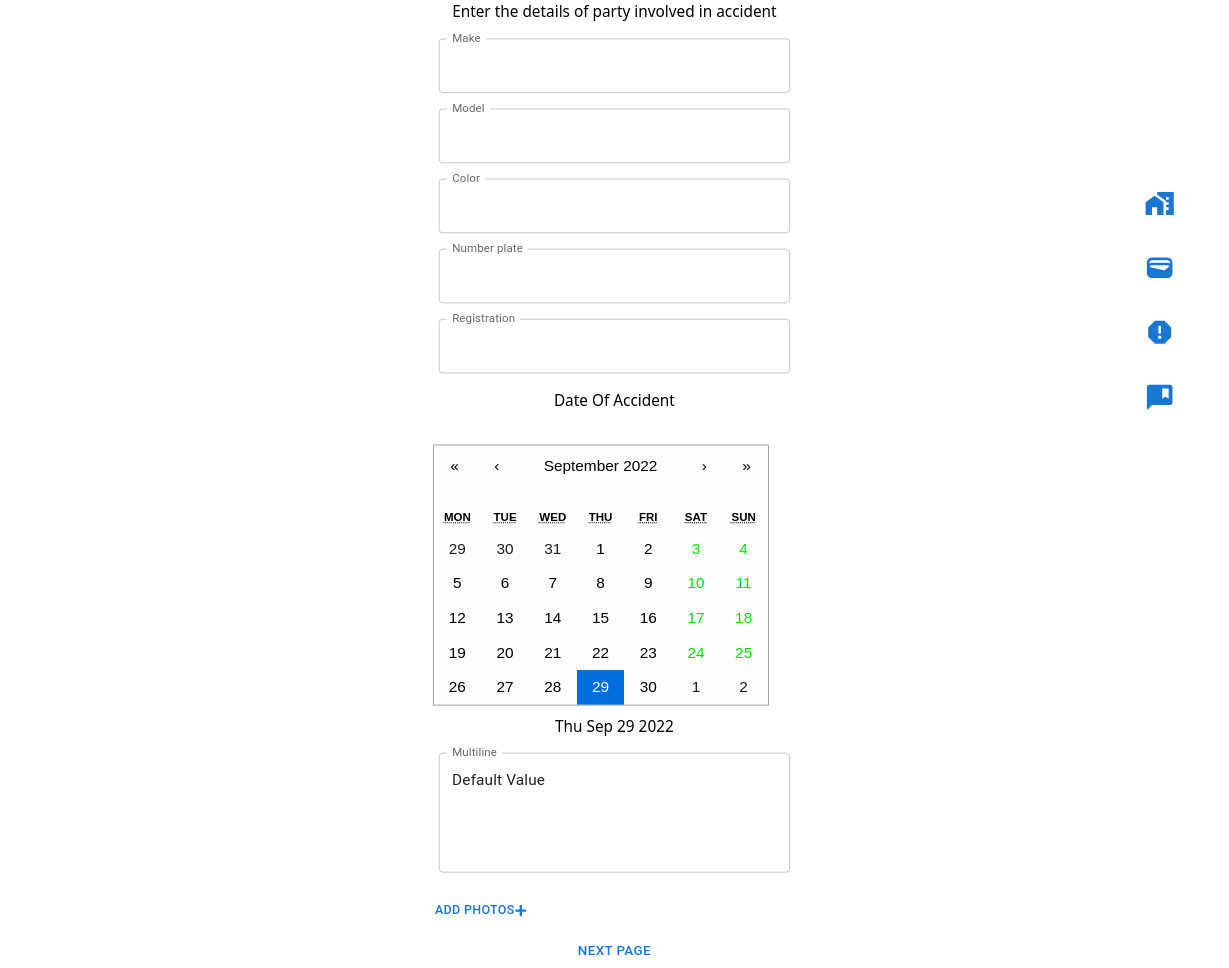
Repository: ALVIN-OBONYO/Xela-smart_insuarance
Page: /report (app in frontend/)
These files come from the project's save history. The page is drawn as it stood at one moment and after the next save; the edit follows.
The browser window is 1280 px wide. The pictures show the whole page, at 96% of full size.
The project was rebuilt for these pictures with package versions that can differ from the ones it lists, and the page was loaded fresh each time. Also part of the build but not shown: frontend/src/Services/TruncateAddress.js, frontend/src/Services/Contract.js, frontend/src/Services/transactions.js, frontend/src/Components/Cards.jsx, frontend/src/Pages/Entrypage.jsx, frontend/src/Services/LoginWithEth.js, frontend/src/Pages/Policies.jsx, frontend/src/Pages/ReportInfo.jsx.

Above is the page before, as saved 2022-10-08 08:24:16.

### frontend/public/index.html
<!DOCTYPE html>
<html lang="en">
  <head>
    <meta charset="utf-8" />
    <link rel="icon" href="%PUBLIC_URL%/favicon.ico" />
    <meta name="viewport" content="width=device-width, initial-scale=1" />
    <meta name="theme-color" content="#000000" />
    <meta
      name="description"
      content="Web site created using create-react-app"
    />
    <link rel="apple-touch-icon" href="%PUBLIC_URL%/logo192.png" />
    <!--
      manifest.json provides metadata used when your web app is installed on a
      user's mobile device or desktop. See https://developers.google.com/web/fundamentals/web-app-manifest/
    -->
    <link rel="manifest" href="%PUBLIC_URL%/manifest.json" />
    <!--
      Notice the use of %PUBLIC_URL% in the tags above.
      It will be replaced with the URL of the `public` folder during the build.
      Only files inside the `public` folder can be referenced from the HTML.

      Unlike "/favicon.ico" or "favicon.ico", "%PUBLIC_URL%/favicon.ico" will
      work correctly both with client-side routing and a non-root public URL.
      Learn how to configure a non-root public URL by running `npm run build`.
    -->
    <title>React App</title>
  </head>
  <body>
    <noscript>You need to enable JavaScript to run this app.</noscript>
    <link
    href="https://unpkg.com/tailwindcss@^1.0/dist/tailwind.min.css"
    rel="stylesheet"
  />
  <!-- <script src="https://cdn.jsdelivr.net/npm/web3@latest/dist/web3.min.js"></script> -->
  <script
    src="https://cdnjs.cloudflare.com/ajax/libs/web3/1.6.1/web3.min.js"
    integrity="sha512-5erpERW8MxcHDF7Xea9eBQPiRtxbse70pFcaHJuOhdEBQeAxGQjUwgJbuBDWve+xP/u5IoJbKjyJk50qCnMD7A=="
    crossorigin="anonymous"
    referrerpolicy="no-referrer"
  ></script>
    <div id="root"></div>
    <!--
      This HTML file is a template.
      If you open it directly in the browser, you will see an empty page.

      You can add webfonts, meta tags, or analytics to this file.
      The build step will place the bundled scripts into the <body> tag.

      To begin the development, run `npm start` or `yarn start`.
      To create a production bundle, use `npm run build` or `yarn build`.
    -->
  </body>
</html>

### frontend/src/index.js
import React from 'react';
import ReactDOM from 'react-dom/client';
import './index.css';
import App from './App';
import reportWebVitals from './reportWebVitals';
const root = ReactDOM.createRoot(document.getElementById('root'));
root.render(
  <React.StrictMode>

       <App />

  </React.StrictMode>
);

// If you want to start measuring performance in your app, pass a function
// to log results (for example: reportWebVitals(console.log))
// or send to an analytics endpoint. Learn more: https://bit.ly/CRA-vitals
reportWebVitals();

### frontend/src/App.jsx
import './App.css';
import RoutePages from './Components/RoutePages';

function App() {
  return (
    <div className="App">
      <RoutePages/>
    </div>
  );
}

export default App;

### frontend/src/Components/RoutePages.jsx
import React from 'react'
import { BrowserRouter, Routes, Route} from 'react-router-dom'
import EntryPage from '../Pages/Entrypage'
import PolicyMaker from '../Pages/Policies'
import ReportForm from '../Pages/ReportForm'
// import Report from '../Pages/Report'
import ReportInfo from '../Pages/ReportInfo'


const RoutePages = () => {
    return (
    <>
  <BrowserRouter>
   <Routes>

    <Route exact path="/" element={<EntryPage />} />
    <Route path="policy" element={<PolicyMaker />} />
    <Route path="report" element={<ReportForm />} />
    <Route path="details" element={<ReportInfo />} />

   </Routes>

  </BrowserRouter>
  {/* <MemoryRouter initialEntries={['/report']} initialIndex={1}>
          <Routes>
            <Route path="?page=2" element={<ReportInfo />} />
            <Route path="?page=3" element={<ReportForm />} />
            <Route path='*' element={<FormPagination/>} />
          </Routes>
       </MemoryRouter> */}
  </>
    )
}

export default RoutePages

### frontend/src/Pages/ReportForm.jsx
import VehicleForm from "../Components/Input";
import UploadPhotos from "../Components/Upload";
import { Button, Box} from "@mui/material"
import { useNavigate } from "react-router-dom";
import Sidebar from "../Components/Sidebar"
const ReportForm = () => {
    const navigate = useNavigate()

    const Details = () => {
        navigate("/details")
    }
    return (
        <Box sx={{display: "flex", flexDirection: "column", justifyContent: "center", alignItems: "center"}}>
        <Sidebar />
        <VehicleForm />
        <UploadPhotos />
        <Button onClick={Details}>Next Page</Button>
        </Box>
    )
}

export default ReportForm

### frontend/src/Components/Navbar.css
nav {
    width: 100vw;
    display: flex;
    justify-content: flex-start;
    align-items: flex-start;
}

.brand {
    flex-grow: 1;
    text-align: start;
    padding-left: 2.9rem;
    margin-top: 0.4rem;
    font-size: 1.2rem;
}

.X {
    font-size: 2rem;

}
.nav-section {
    display: flex;
    flex-grow: 1;
    gap: 3em;
    font-size: 1.2rem;
    padding-right: 2em;
    justify-content: center;
    align-items: center;
    margin-top: 0.4rem;
}
.top-descr  {
    margin-top: 0;
    padding: 1em;
    text-align: justify;
    font-size: 1.6rem;
    min-height: 45vh;


}



#descr {
    margin-top: 0.5rem;
    padding: 1em;
    text-align: justify;
    font-size: 1.4rem;


}

#top > h1 {
    font-size: 2.2rem;
    font-weight: 700;
    color: rgba(255, 255, 255, 0.952);
    margin-bottom: 0.4em;

}
header {
    background: rgb(2,0,36);
background: radial-gradient(circle, rgba(2,0,36,1) 0%, rgba(1,0,5,1) 20%, rgba(0,0,0,1) 35%, rgba(0,15,19,1) 64%, rgba(0,0,0,1) 100%);
    color: rgb(248, 248, 248);
}


.chainbox {
    display: none;
}
#top-pg {

    font-size: 1.2rem;
    margin-bottom: 0.9rem;
}
#policy-sec {
    display: flex;
    flex-direction: row;
    flex-wrap: wrap;
    gap: 0.8em;

}
input[type=text] {
    flex-grow: 1;
    height: 2.5em;
}
#btn-policy {
    background-color: rgb(0, 39, 90);
    flex-grow: 1;
    color: wheat;
    border: none;
    margin-top: 0.8em;
    border-radius: 5px;
    padding: 0.6rem;
    font-size: 1.4rem;
    font-weight: 500;

}
#buy-policy {
    width: 70vw;
    height: 2.5em;
    border: none;
    background-color: #008000;
    color:aliceblue;
    font-size: 0.9rem;
    border-radius: 15px;
}
#social-icons {
    display: flex;
    gap: 2em;

}
#land-footer {
    background: rgb(2,0,36);
    background: radial-gradient(circle, rgba(2,0,36,1) 0%, rgba(1,0,5,1) 20%, rgba(0,0,0,1) 35%, rgba(0,15,19,1) 64%, rgba(0,0,0,1) 100%);
    color: rgb(248, 248, 248);
    position: relative;
    padding: 1.2em  0.9em;
    font-size: 1.4rem;
    /* display: flex;
    justify-content: center;
    align-items: center; */
}

.news-mail {
    display: flex;
    background-color: rgb(220, 230, 255);
    color: rgb(0, 0, 0);
    flex-direction: row;
    flex-wrap: wrap;
    padding: 2em;
    max-width: 70vw;
    border-radius: 2em;
    margin: auto;

}

.news-mail > h2 {
    flex-grow: 1;
    font-size: 2rem;
}

.footer-service {
    display: flex;
    flex-direction: row;
    flex-wrap: wrap;
    gap: 2em;
    text-align: justify;
}

.footer-sect {
    font-size: 2rem;
    color:rgba(184, 184, 184, 0.918);
    flex-grow: 1;
}

.sect-bottom {
    margin-top: 1.3rem;
    font-size: 1.4rem;
    color:rgb(220, 230, 255)
}
.navflex {
    display: flex;
    flex-direction: column;
    justify-content: center;
    align-items: center;
    gap: 2em;
    background-color: rgba(19, 20, 27, 0.918);
    color: white;
    width: 100vw;
    height: 100vh;
    right: 0;
    top: 0;
    position: absolute;
    text-transform: uppercase;
    /* animation-name: ${navanim}; */
}

.nav-wallet {
    width: 50vw;
    height: 50vh;
    font-size: 1.6rem;
    background-color: black;
    color: white;
}

.my-wallet {
    display: flex;
    flex-direction: column;
    gap: 2em;
}

.messsage {
    position: absolute;
    top: 50%;
    left: 50%;
    width: 50vw;
    height: 50vh;
    border-radius: 50%;
    background: rgb(2,0,36);
    background: radial-gradient(circle, rgba(2,0,36,1) 0%, rgba(1,0,5,1) 20%, rgba(0,0,0,1) 35%, rgba(0,15,19,1) 64%, rgba(0,0,0,1) 100%);
    color: rgb(248, 248, 248);
    z-index: 30;
}
@media screen and (max-width: 600px){
   .nav-section {

      display: none;
   }

   .footer-service {
    flex-direction: column;
    justify-content: center;
    align-items: center;
    text-align: center;
   }

   #social-icons {
    align-items: center;
    justify-content: center;
   }
}

@media screen and (min-width: 600px){
    .toogleNav {
        display: none;
        padding: 1.3em;
    }

    .imageBox {
        display: flex;
        width: 30vw;
        height: 40vh;

        margin-right: 0.7em;
    }

    .imageBox > img{
        width: 100%;
        height: 100%;
        justify-content: flex-end;
        align-items: flex-end;
        border-radius: 100%;

    }
     .top-header {
        display: flex;
     }
    .chainbox > img {
        width: 100%;
        height: 100%;
    }
    .chainbox {
        display: flex;
        width: 40vw;
        height: 30vh;
        flex-basis: 1;
    }

    #descr {
        margin-top: 0.5rem;
        padding: 1em;
        text-align: justify;
        font-size: 1.4rem;
        max-width: 60vw;

    }
}

### frontend/src/Components/Sidebar.js
import AddHomeWorkIcon from '@mui/icons-material/HomeWork'
import WalletIcon from '@mui/icons-material/Wallet';
import ReportIcon from '@mui/icons-material/Report';
import { List, ListItemIcon, Box, Tooltip, ListItem, ListItemButton } from '@mui/material'
import CommentBankIcon from '@mui/icons-material/CommentBank';
import { useNavigate} from 'react-router-dom'
import { getAddress} from '../Services/LoginWithEth';

const Sidebar = () => {
    const navigate = useNavigate()
    return (
        <Box sx={{width: '5vw', position: "absolute", right: 40, top: "25%"}}>
            <List component="nav" sx={{position: "relative", display: "flex", flexDirection: "column", width: "100%", gap: "1.2em"}}>
                <Tooltip title="home" placement="left">
                <ListItem disablePadding>
                    <ListItemButton>
                    <ListItemIcon sx={{width: "2em", height: "2em"}}>
                       <AddHomeWorkIcon color="primary" sx={{fontSize: "2em"}}/>
                    </ListItemIcon>
                    </ListItemButton>
                </ListItem>
                </Tooltip>
                <Tooltip title="wallet" placement="left" >
                <ListItem disablePadding>
                    <ListItemButton disablePadding onClick={getAddress}>
                    <ListItemIcon sx={{width: "2em", height: "2em"}} >
                       <WalletIcon color="primary" sx={{fontSize: "2em"}} />
                    </ListItemIcon>
                    </ListItemButton>
                </ListItem>
                </Tooltip>
                <Tooltip title="new report" placement="left">
                <ListItem disablePadding>
                    <ListItemButton onClick={() =>
                        navigate("/report")

                    }>
                    <ListItemIcon sx={{width: "2em", height: "2em"}}>
                       <ReportIcon color="primary" sx={{fontSize: "2em"}} />
                    </ListItemIcon>
                    </ListItemButton>
                </ListItem>
                </Tooltip>
                <Tooltip title="claims"  placement="left">
                <ListItem disablePadding>
                    <ListItemButton >
                    <ListItemIcon sx={{width: "2em", height: "2em"}}>
                       <CommentBankIcon color="primary" sx={{fontSize: "2em"}}/>
                     </ListItemIcon>
                     </ListItemButton>
                </ListItem>
                </Tooltip>
                </List>
        </Box>
    )
}

export default Sidebar

### frontend/src/Components/Upload.js
import { FaPlus} from 'react-icons/fa'
import React, {useState, useRef} from 'react'

import {CardActions, Card, Box, Button } from '@mui/material'

import { BsFillCameraFill} from 'react-icons/bs'

import './Upload.css'
const UploadPhotos = () => {

    const [counter, setCounter] = useState(0)
    const imageRef = useRef(null)

    const renderPhotos = () => {
        setCounter(counter + 1)
    }


    const photoList = () => {
        const rowList = []
        for (let i = 0; i < counter; i++){
            rowList.push(`add photo`)
        }
        return (
            <>
            {rowList && rowList.map((e)=> {
                return (
                    <div className="ImageContainer">

                       <img src="" className="Image" alt='' ref={imageRef} />
                       <label htmlFor='inputFile'>
                        <BsFillCameraFill color='black' size="3em"/>
                            <input type="file" className="file-name" id="inputFile" onChange={addPhotoCard} accept="image/*"/>
                       </label>
                    </div>
                )
            })}
            </>
        )
        }
    const addPhotoCard = (event) => {
        let reader = new FileReader()
        reader.onload = function(){
            let output = imageRef.current
            output.src = reader.result;
        }
       if(event.target.files[0]){
        reader.readAsDataURL(event.target.files[0])
       }

    }
    return (
        <div>

        <CardActions>
        <Button size="small" onClick={renderPhotos}>add photos <FaPlus /></Button>
        </CardActions>
        <Box sx={{width: 400}}>
        <Card>{photoList()}</Card>
        </Box>
        </div>

    )
}

export default UploadPhotos

### frontend/src/Components/Calendar.jsx
import Calendar from 'react-calendar'
import React, {useState} from 'react'
import './Calendar.css'

const MyCalendar = () => {
    const [calendarDate, setCalendarDate] = useState(new Date())

    const changeDate = (calendarDate) => {
         setCalendarDate(calendarDate)
    }
    return (
        <div>
           <h3>Date Of Accident</h3><br/>
           <Calendar onChange={changeDate} value={calendarDate} />
           <h4>{calendarDate.toDateString()}</h4>

        </div>
    )
}

export default MyCalendar

### frontend/src/Components/Upload.css
.ImageContainer {
    width: 15em;
        height: 15em;
        background-color: #313131f3;

        display: flex;
        flex-direction: column;
        justify-content: center;
        align-items:center;
        position: relative;
        margin-bottom: 0.3em;
}

input[type=file] {
    display: none
}

label {
    cursor: pointer;
    position: absolute;
    bottom: 0;
    left: 0;
}

.Image {
    width: 100%;
    height: 100%;
}

### frontend/src/Components/Calendar.css
.react-calendar {
    width: 350px;
    max-width: 100%;
    background: rgb(253, 253, 253);

    border: 1px solid #a0a096;
    font-family: Arial, Helvetica, sans-serif;
    line-height: 1.125em;
    position: relative;
    margin: 0.6em;

  }
  .react-calendar--doubleView {
    width: 700px;
  }
  .react-calendar--doubleView .react-calendar__viewContainer {
    display: flex;
    margin: -0.5em;
  }
  .react-calendar--doubleView .react-calendar__viewContainer > * {
    width: 50%;
    margin: 0.5em;
  }
  .react-calendar,
  .react-calendar *,
  .react-calendar *:before,
  .react-calendar *:after {
    -moz-box-sizing: border-box;
    -webkit-box-sizing: border-box;
    box-sizing: border-box;
  }
  .react-calendar button {
    margin: 0;
    border: 0;
    outline: none;
  }
  .react-calendar button:enabled:hover {
    cursor: pointer;
  }
  .react-calendar__navigation {
    display: flex;
    height: 44px;
    margin-bottom: 1em;
  }
  .react-calendar__navigation button {
    min-width: 44px;
    background: none;
  }
  .react-calendar__navigation button:disabled {
    background-color: #f0f0f0;
  }
  .react-calendar__navigation button:enabled:hover,
  .react-calendar__navigation button:enabled:focus {
    background-color: #e6e6e6;
  }
  .react-calendar__month-view__weekdays {
    text-align: center;
    text-transform: uppercase;
    font-weight: bold;
    font-size: 0.75em;
  }
  .react-calendar__month-view__weekdays__weekday {
    padding: 0.5em;
  }
  .react-calendar__month-view__weekNumbers .react-calendar__tile {
    display: flex;
    align-items: center;
    justify-content: center;
    font-size: 0.75em;
    font-weight: bold;
  }
  .react-calendar__month-view__days__day--weekend {
    color: #00e400;
  }
  .react-calendar__month-view__days__day--neighboringMonth {
    color: #201a1a;
  }
  .react-calendar__year-view .react-calendar__tile,
  .react-calendar__decade-view .react-calendar__tile,
  .react-calendar__century-view .react-calendar__tile {
    padding: 2em 0.5em;
  }
  .react-calendar__tile {
    max-width: 100%;
    padding: 10px 6.6667px;
    background: none;
    text-align: center;
    line-height: 16px;
  }
  .react-calendar__tile:disabled {
    background-color: #f0f0f0;
  }
  .react-calendar__tile:enabled:hover,
  .react-calendar__tile:enabled:focus {
    background-color: #e6e6e6;
  }
  .react-calendar__tile--now {
    background: #ffff76;
  }
  .react-calendar__tile--now:enabled:hover,
  .react-calendar__tile--now:enabled:focus {
    background: #ffffa9;
  }
  .react-calendar__tile--hasActive {
    background: #07c550;
  }
  .react-calendar__tile--hasActive:enabled:hover,
  .react-calendar__tile--hasActive:enabled:focus {
    background: #a9d4ff;
  }
  .react-calendar__tile--active {
    background: #006edc;
    color: white;
  }
  .react-calendar__tile--active:enabled:hover,
  .react-calendar__tile--active:enabled:focus {
    background: #1087ff;
  }
  .react-calendar--selectRange .react-calendar__tile--hover {
    background-color: #e6e6e6;
  }

Loaded but not shown: frontend/src/index.css (common file); frontend/src/reportWebVitals.js (common file); frontend/src/App.css (common file); frontend/src/Components/Input.js (192 lines, source omitted)

After the next save:
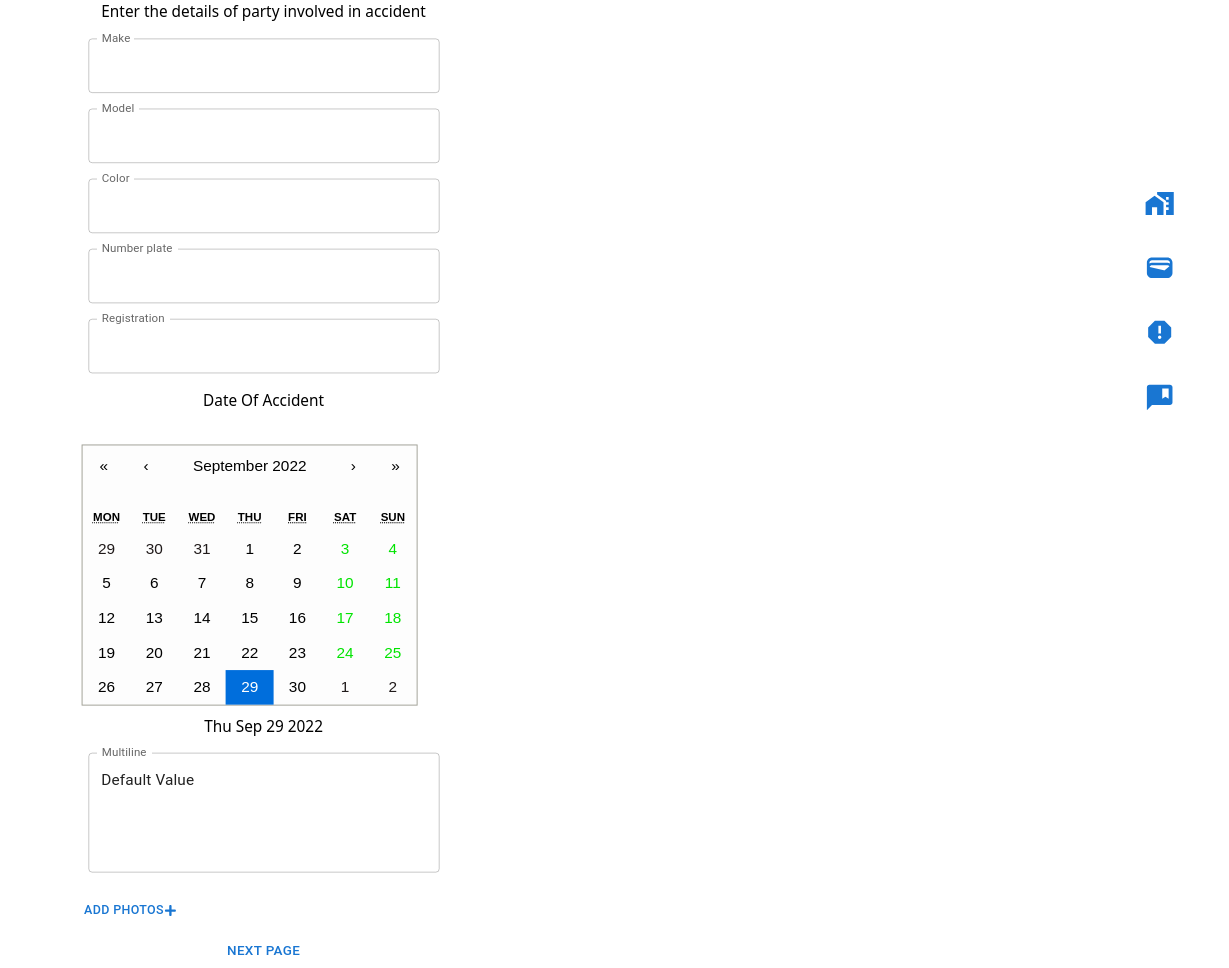
Saved 40 s later.
--- a/frontend/src/Pages/ReportForm.jsx
+++ b/frontend/src/Pages/ReportForm.jsx
@@ -10,7 +10,7 @@
         navigate("/details")
     }
     return (
-        <Box sx={{display: "flex", flexDirection: "column", justifyContent: "center", alignItems: "center"}}>
+        <Box sx={{display: "flex", flexDirection: "column", justifyContent: "center", alignItems: "center", width: "60ch"}}>
         <Sidebar />
         <VehicleForm />
         <UploadPhotos />

After the save that followed:
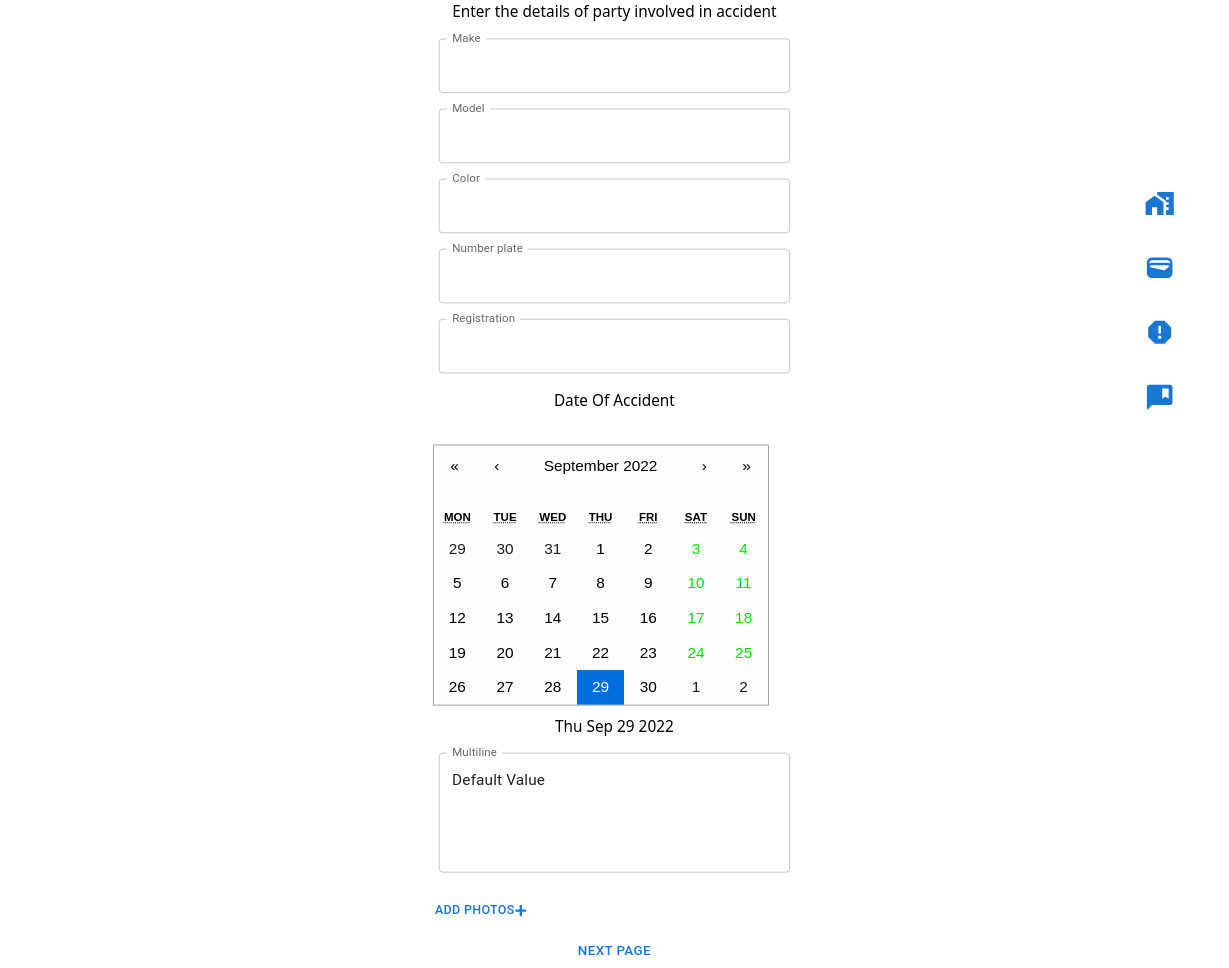
Saved 15 s later.
--- a/frontend/src/Pages/ReportForm.jsx
+++ b/frontend/src/Pages/ReportForm.jsx
@@ -10,7 +10,7 @@
         navigate("/details")
     }
     return (
-        <Box sx={{display: "flex", flexDirection: "column", justifyContent: "center", alignItems: "center", width: "60ch"}}>
+        <Box sx={{display: "flex", flexDirection: "column", justifyContent: "center", alignItems: "center"}}>
         <Sidebar />
         <VehicleForm />
         <UploadPhotos />
